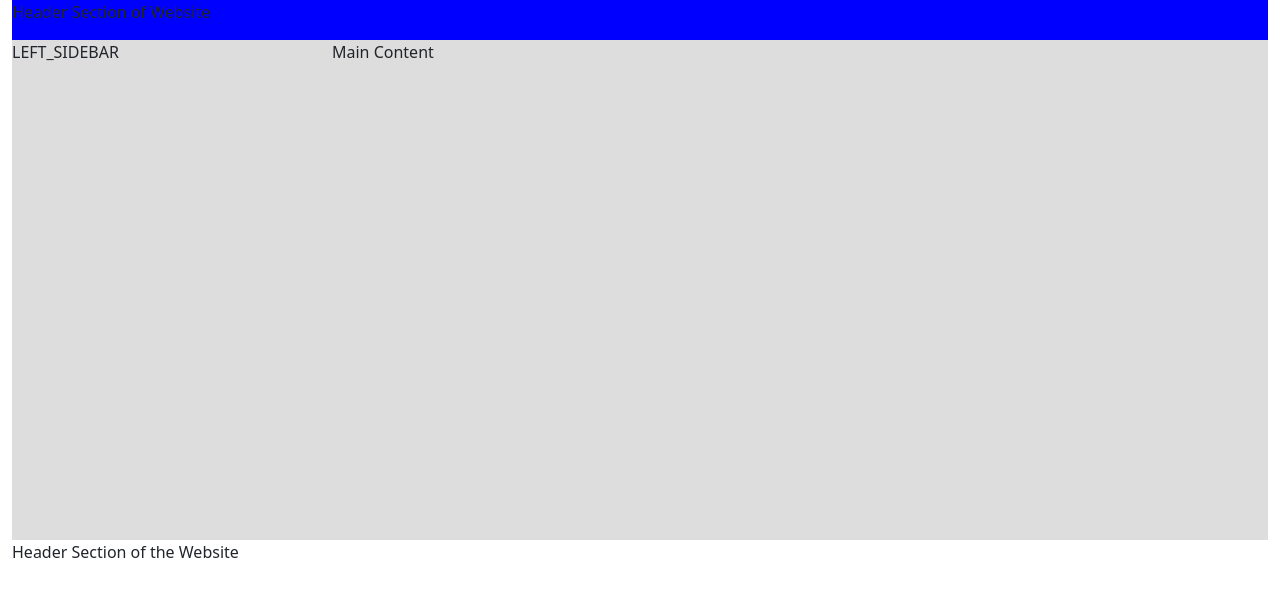
Repository: Dayvid0/BOOTSTRAP-TUTORIALS
Page: BOOTSTRAP-GRID-LAYOUTS/index.html
The author's editor kept a copy of each file at every save. The page is drawn from the files as they stood at one save, then again after the next save.
The browser window is 1280 px wide. The pictures show the whole page.

Above is the page before, as saved 2025-01-24 10:18:21.

After the next save:
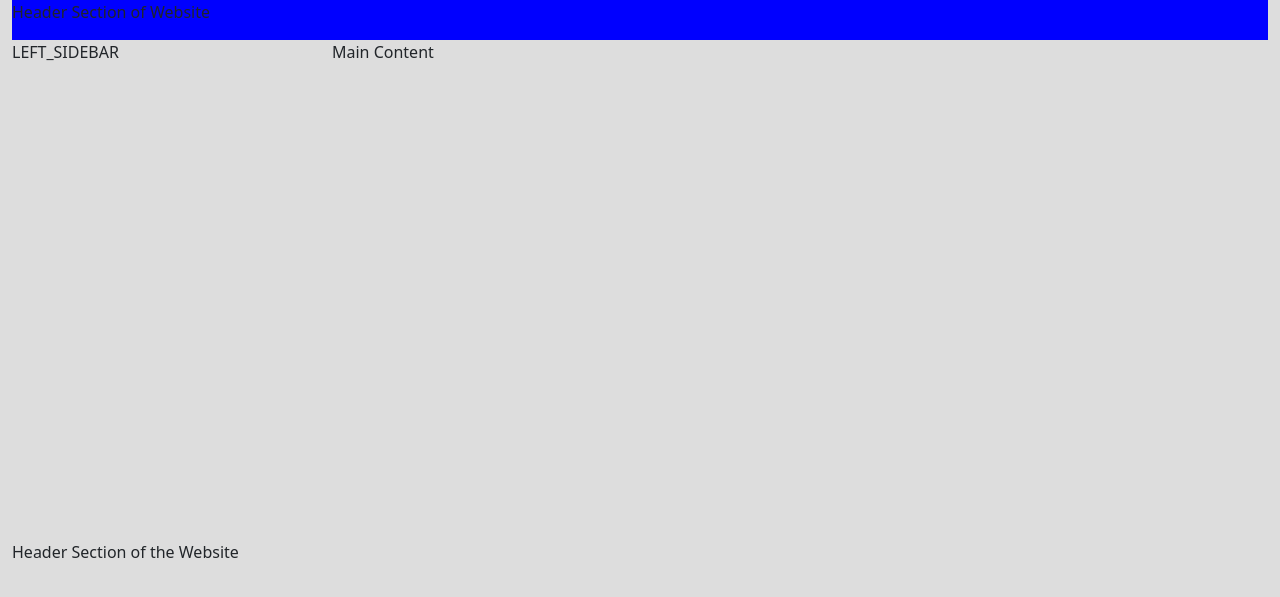
Saved 37 s later.
--- a/BOOTSTRAP-GRID-LAYOUTS/style.css
+++ b/BOOTSTRAP-GRID-LAYOUTS/style.css
@@ -1,9 +1,11 @@
+body {
+  background-color: #ddd;
+}
 .header {
   background-color: blue;
   height: 40px;
 }
 .content {
-  background-color: #ddd;
   min-height: 500px;
 }
 .footer {
